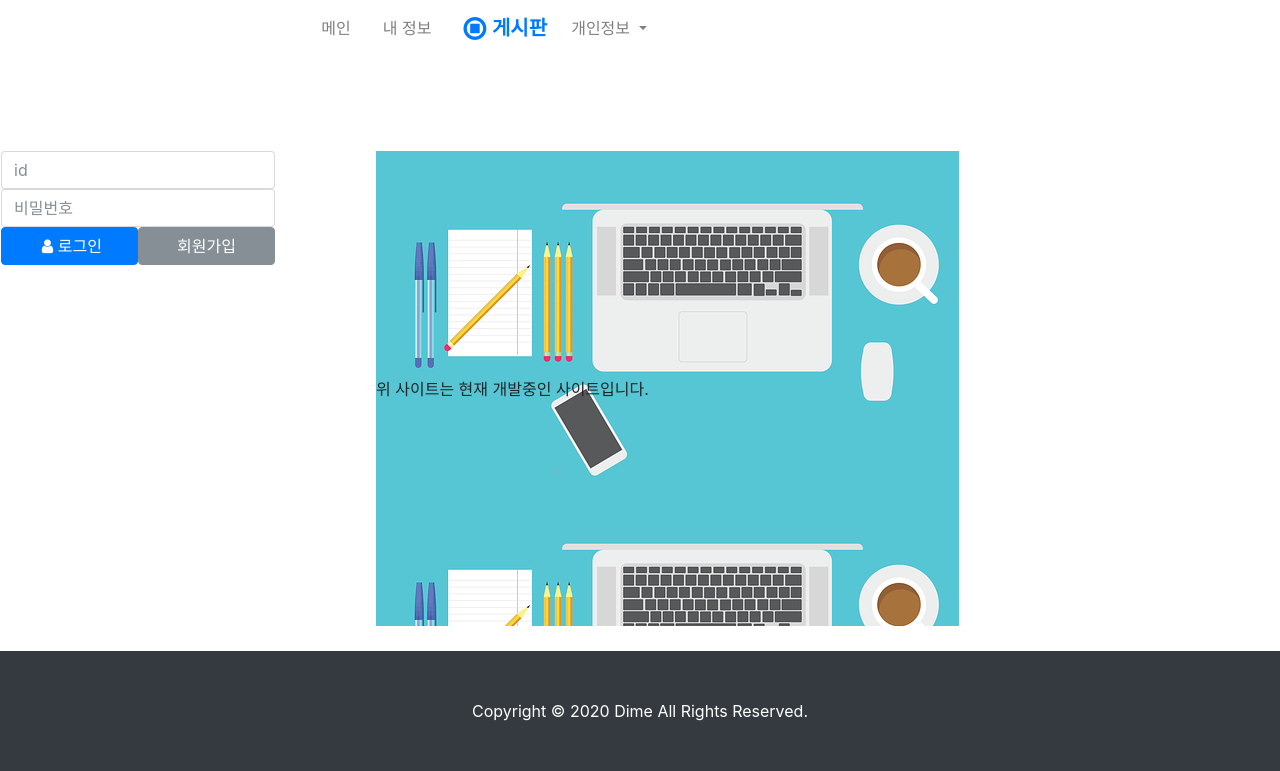
Repository: elecdime/jspboard
Page: http://localhost/BBS/projectbbs/Main.jsp
The author's editor kept a copy of each file at every save. The page is drawn from the files as they stood at one save, then again after the next save.
The browser window is 1280 px wide. The pictures show the whole page.
Some web libraries are served in a nearby version. The page is served by Tomcat 9.

Above is the page before, as saved 2020-07-08 12:49:08.

After the next save:
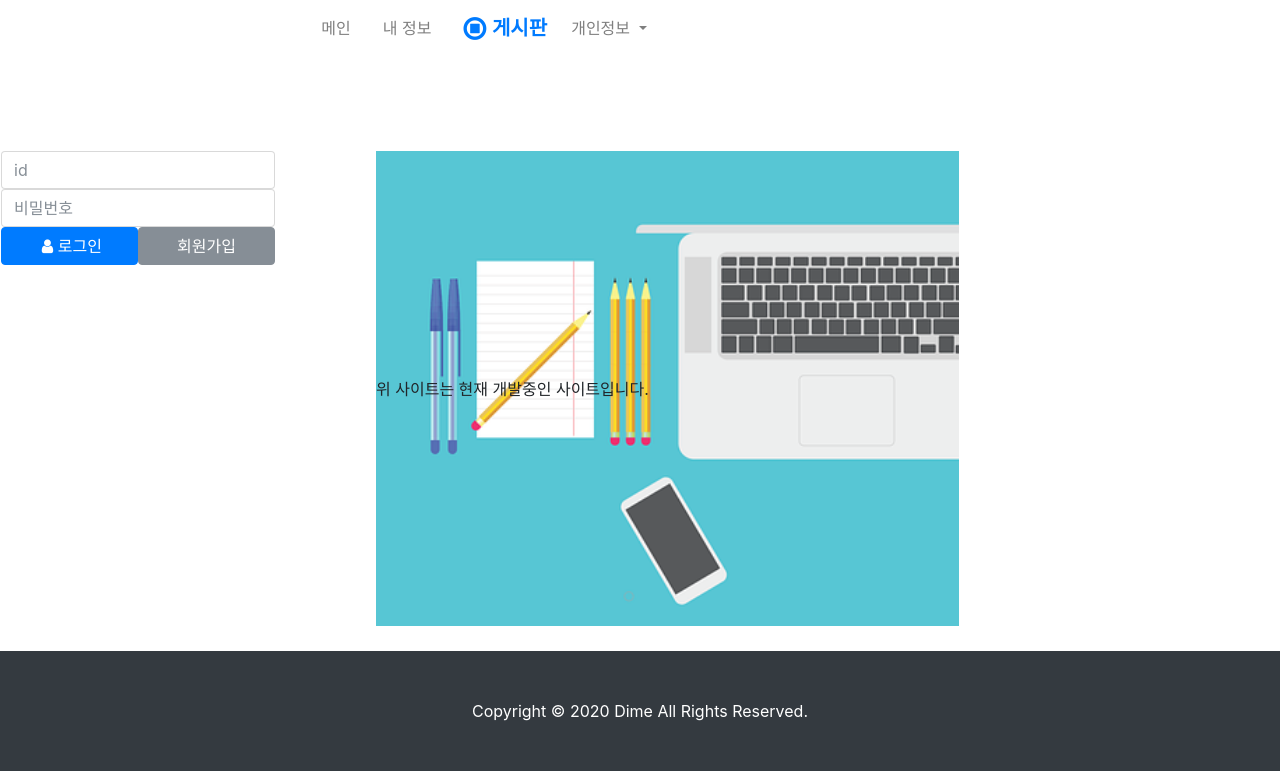
Saved 38 s later.
--- a/dime/project Web/BBS/WebContent/projectbbs/Main.jsp
+++ b/dime/project Web/BBS/WebContent/projectbbs/Main.jsp
@@ -11,7 +11,7 @@
 <style type="text/css">
 #tables{
 background-image: url('back.jpg');
-background-size: 800
+background-size: cover;
 }
 
 
